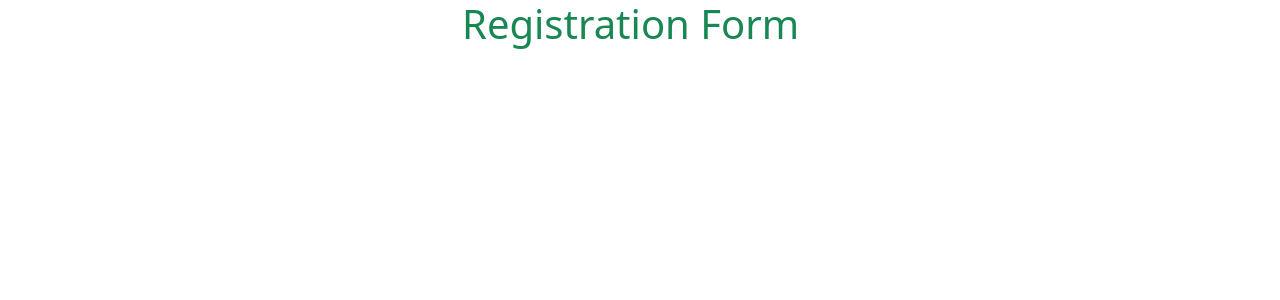
Repository: Laxman877/MyWorkspace
Page: Corejava/Learning_Web/src/main/webapp/boostrapDemo2.html
These files come from the project's save history. The page is drawn as it stood at one moment and after the next save; the edit follows.
The browser window is 1280 px wide. The pictures show the whole page.

Above is the page before, as saved 2022-04-27 06:12:30.

After the next save:
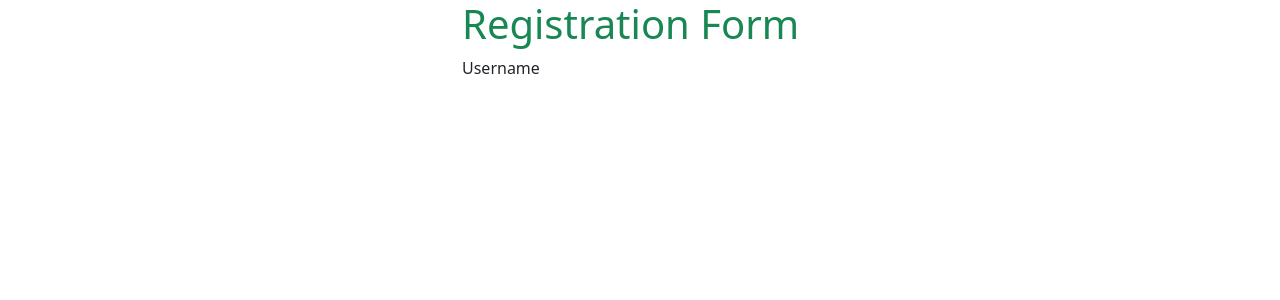
Saved 23 s later.
--- a/Corejava/Learning_Web/src/main/webapp/boostrapDemo2.html
+++ b/Corejava/Learning_Web/src/main/webapp/boostrapDemo2.html
@@ -19,7 +19,8 @@
 <h1 class="text-success">Registration Form</h1>
 <form action="">
 
-<div class="form-group"></div>
+<div class="form-group">
+<label>Username</label></div>
 </form>
 
 </div>
